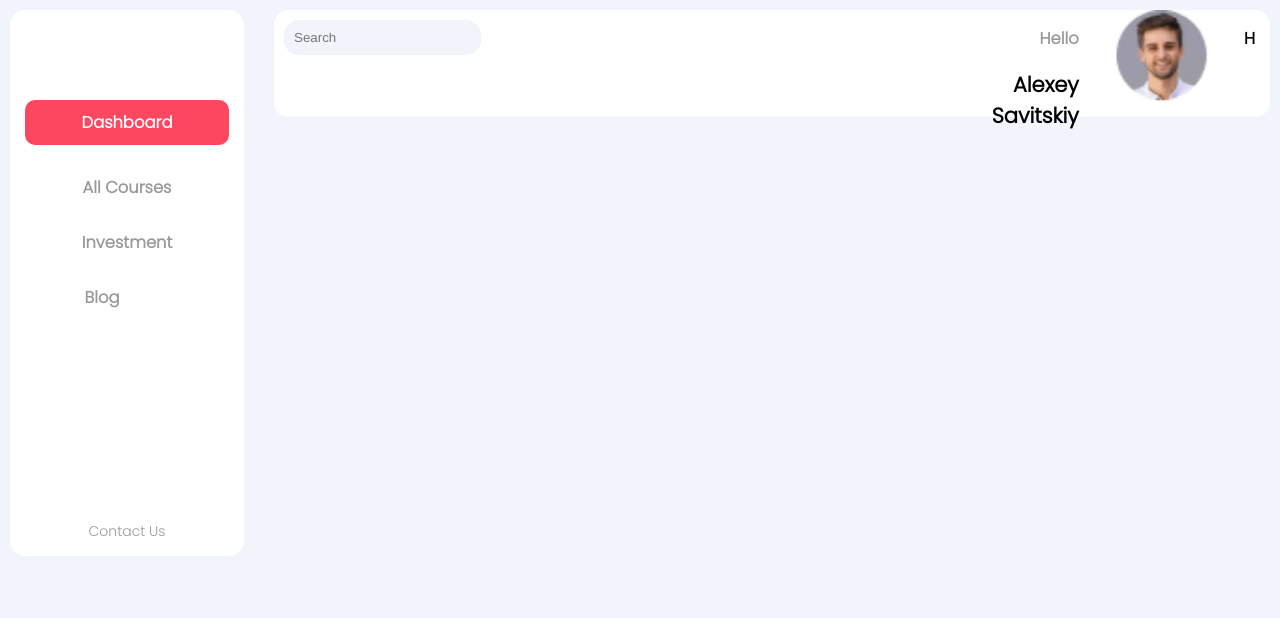
Repository: Anuruddha00/dashboard-design
Page: /
An editor plug-in stored every save of this project. The page is shown before and after the next save, followed by the edit.
The browser window is 1280 px wide. The pictures show the whole page.
The project was rebuilt for these pictures with package versions that can differ from the ones it lists, and the page was loaded fresh each time.

Above is the page before, as saved 2021-05-07 01:09:54.

### public/index.html
<!DOCTYPE html>
<html lang="en">
  <head>
    <meta charset="utf-8" />
    <link rel="icon" href="%PUBLIC_URL%/favicon.ico" />
    <meta name="viewport" content="width=device-width, initial-scale=1" />
    <meta name="theme-color" content="#000000" />
    <meta
      name="description"
      content="Web site created using create-react-app"
    />
    <link rel="apple-touch-icon" href="%PUBLIC_URL%/logo192.png" />

    <link rel="preconnect" href="https://fonts.gstatic.com">
    <link href="https://fonts.googleapis.com/css2?family=Poppins:wght@300&display=swap" rel="stylesheet">

    <!--
      manifest.json provides metadata used when your web app is installed on a
      user's mobile device or desktop. See https://developers.google.com/web/fundamentals/web-app-manifest/
    -->
    <link rel="manifest" href="%PUBLIC_URL%/manifest.json" />
    <!--
      Notice the use of %PUBLIC_URL% in the tags above.
      It will be replaced with the URL of the `public` folder during the build.
      Only files inside the `public` folder can be referenced from the HTML.

      Unlike "/favicon.ico" or "favicon.ico", "%PUBLIC_URL%/favicon.ico" will
      work correctly both with client-side routing and a non-root public URL.
      Learn how to configure a non-root public URL by running `npm run build`.
    -->
    <title>React App</title>
  </head>
  <body>
    <noscript>You need to enable JavaScript to run this app.</noscript>
    <div id="root"></div>
    <!--
      This HTML file is a template.
      If you open it directly in the browser, you will see an empty page.

      You can add webfonts, meta tags, or analytics to this file.
      The build step will place the bundled scripts into the <body> tag.

      To begin the development, run `npm start` or `yarn start`.
      To create a production bundle, use `npm run build` or `yarn build`.
    -->
  </body>
</html>

### src/index.js
import React from 'react';
import ReactDOM from 'react-dom';
import Dashboard from './containers/Dashboard/Dashboard';
import reportWebVitals from './reportWebVitals';

ReactDOM.render(
  <React.StrictMode>
    <Dashboard />
  </React.StrictMode>,
  document.getElementById('root')
);

// If you want to start measuring performance in your app, pass a function
// to log results (for example: reportWebVitals(console.log))
// or send to an analytics endpoint. Learn more: https://bit.ly/CRA-vitals
reportWebVitals();

### src/containers/Dashboard/Dashboard.js
import React from 'react';
import './Dashboard.scss';

const dashboard = () =>{

    return(
        <div className='container'>
            <div className='dashboard'>
                <div className='dashboardSideBar'>
                   <div className='dashboardSideBarTitle'>
                        <h3 className='dashboardSideBarTitleDashboard'>Dashboard</h3>
                        <h3 className='dashboardSideBarTitleCourses'>All Courses</h3>
                        <h3 className='dashboardSideBarTitleInvestment'>Investment</h3>
                        <h3 className='dashboardSideBarTitleBlog'>Blog</h3>
                   </div>
                   <div className='dashboardSideBarContact'>
                        <p>Contact Us</p>
                   </div>
                </div>
                <div className='dashboardMenu'>
                    <section className='content'>
                        <nav className='contentNavbar'>
                            <div className='contentNavbarSearch'>
                                <form>
                                    <input type='text' placeholder='Search'/>
                                </form>
                            </div>
                            <div className='contentNavbarProfile'>
                                <div className='contentNavbarProfileName'>
                                    <h3>Hello</h3>
                                    <h2>Alexey Savitskiy</h2>
                                </div>
                                <img src='./assets/Image 9.png'/>
                                <h1>H</h1>
                            </div>
                        </nav>
                   </section>

                   <section>

                   </section>
                </div>
            </div>
        </div>
    )

}
export default dashboard;


{/* <nav className ='navBar'>
                    <div className='navBarContent'>
                        <div className='navBarContentSearch'>
                            <form className='navBarContentSearchField'>
                                <input type='text' placeholder='Search'/>
                            </form>
                        </div>
                        <div className='navBarContentProfile'>
                            <div className='navBarContentProfileName'>
                                <h2>Hello</h2>
                                <h2>Alexey Savitskiy</h2>
                            </div>
                            <img src='./assets/Image 9.png'/>
                            <h1>H</h1>
                        </div>
                    </div>
                </nav> */}

### src/containers/Dashboard/Dashboard.scss

body{
    margin: 0;
    padding: 0;
    font-size: 0.875rem;
    font-family: 'Poppins', sans-serif;

}

.container{
    background: #f1f5fb;
    height: 100vh;

    .dashboard{
        display: grid;
        grid-template-columns: 1fr 4fr;
        gap:10px;
        grid-auto-rows: minmax(100px, auto);

        &SideBar{
            grid-column: 1;
            grid-row: 1 / 6;
            border-radius: 15px;
            background: #ffffff;
            margin: 10px;

            &Title{
                margin-top: 90px;

                &Dashboard{
                    background:#fc4760;
                    border-radius: 10px;
                    text-align: center;
                    padding: 10px 10px 10px 10px;
                    margin: 10px 15px 10px 15px;
                    color: #ffffff;

                }
                &Courses{
                    text-align: center;
                    margin-top: 30px;
                    color: #9a9999;
                }
                &Investment{
                    text-align: center;
                    margin-top: 30px;
                    color: #9a9999;
                }
                &Blog{
                    text-align: center;
                    margin-top: 30px;
                    margin-right: 50px;
                    color: #9a9999;
                }
            }
            &Contact{

                margin-top: 90%;

                p{
                    text-align: center;
                    color: #9a9999;

                }

            }
        }
        &Menu{
            // border: 1px solid red;
            grid-column: 2;
            grid-row: 1 / 6;
            margin: 10px;

            .content{
                display: grid;
                grid-template-rows:1fr 3fr ;
                gap:10px;

                &Navbar{
                    display: flex;
                    justify-content: space-between;
                    background: #ffffff;
                    border-radius: 15px;

                    &Search{

                        input{
                            background: #f1f5fb;
                            border-style: none;
                            padding:10px;
                            margin: 10px;
                            border-radius: 15px;
                        }
                    }
                    &Profile{
                        display: flex;
                        flex-direction: row;
                        gap: 2em;
                        margin-right: 15px;

                        &Name{
                            text-align: end;

                            h3{
                                color: #9a9999;

                            }
                        }
                    }
                }
            }
        }
    }
}


// .navBar{
//     display: flex;
//     justify-content: end;
//     border: 1px solid #ffffff;
//     background:#ffffff;

//     &Content{
//         display: flex;


//         &Search{

//             &Field{

//             }
//         }
//         &Profile{

//             &Name{

//             }
//             display: flex;
//             gap: 1em;
//         }
//     }
// }

Loaded but not shown: src/reportWebVitals.js (common file)

After the next save:
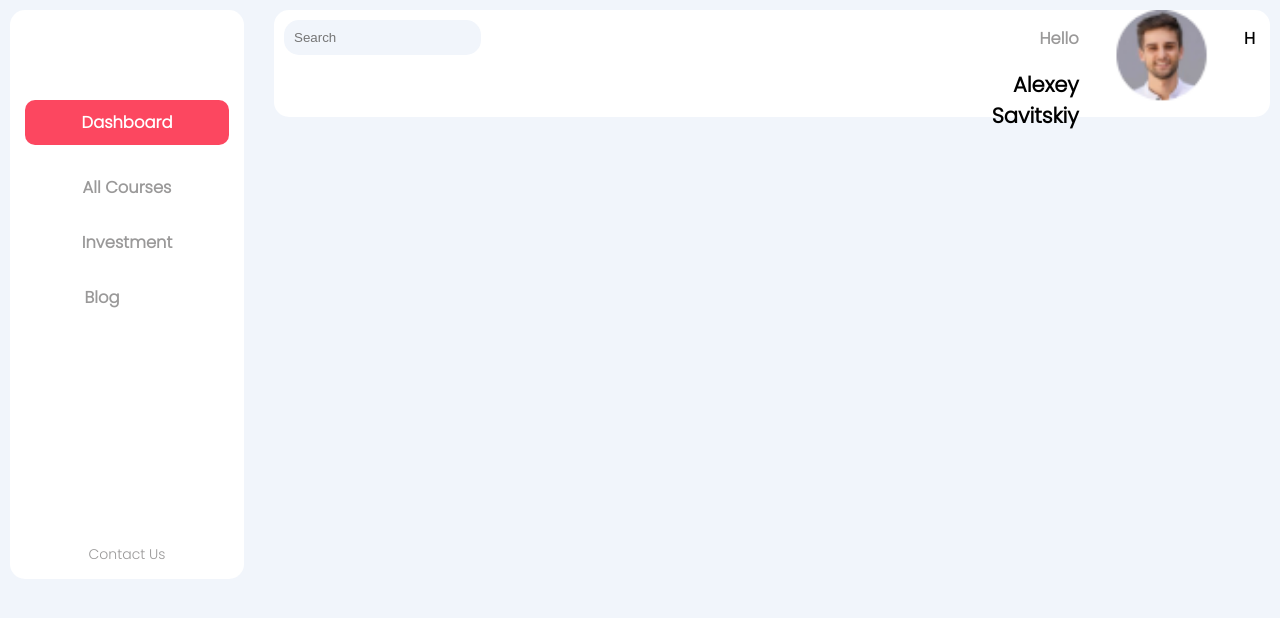
Saved 13 s later.
--- a/src/containers/Dashboard/Dashboard.scss
+++ b/src/containers/Dashboard/Dashboard.scss
@@ -55,7 +55,7 @@ body{
             }
             &Contact{
 
-                margin-top: 90%;
+                margin-top: 100%;
 
                 p{
                     text-align: center;
